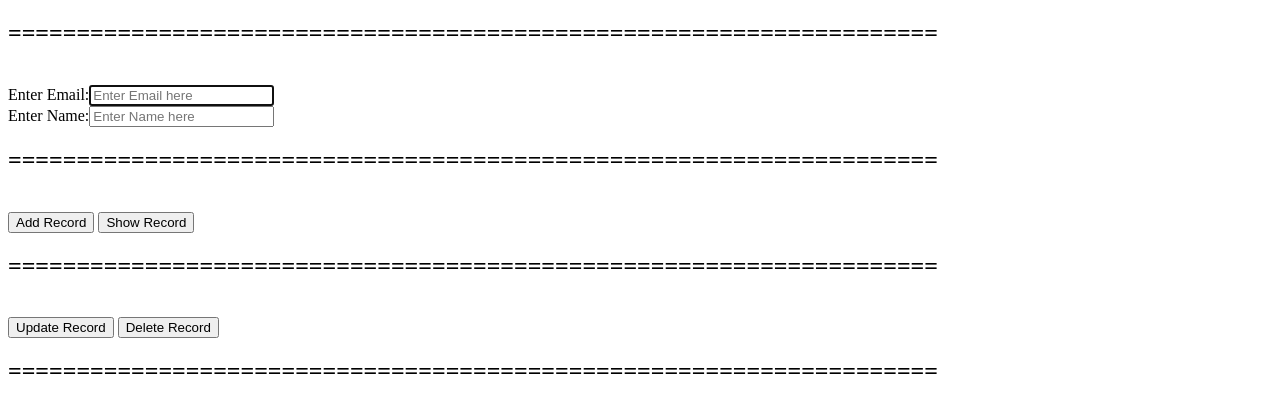
Repository: satvikagrasani/Spring-WorkSpace
Page: http://localhost/Project1/
The author's editor kept a copy of each file at every save. The page is drawn from the files as they stood at one save, then again after the next save.
The browser window is 1280 px wide. The pictures show the whole page.
The page is served by Tomcat 9. Other server files are loaded and not shown.

Above is the page before, as saved 2023-08-23 08:58:24.

### SpringMVC/Project/Project1/src/main/webapp/index.jsp
<%@ page language="java" contentType="text/html; charset=ISO-8859-1"
    pageEncoding="ISO-8859-1"%>
<!DOCTYPE html>
<html>
<head>
<meta charset="ISO-8859-1">
<title>Insert title here</title>
</head>
<body>

	<form>
	<h2>====================================================================</h2><br>
	Enter Email:<input type="email" name="email" placeholder="Enter Email here" autofocus/><br>
	Enter Name:<input type="text" name="name" placeholder="Enter Name here"/><br>
	<h2>====================================================================</h2><br>
	<input type="submit" value="Add Record" formaction="add"/>
	<input type="submit" value="Show Record" formaction="show"/><br>
	<h2>====================================================================</h2><br>
	<input type="submit" value="Update Record" formaction="update"/>
	<input type="submit" value="Delete Record" formaction="delete"/>
	<h2>====================================================================</h2><br>
	</form>

</body>
</html>

After the next save:
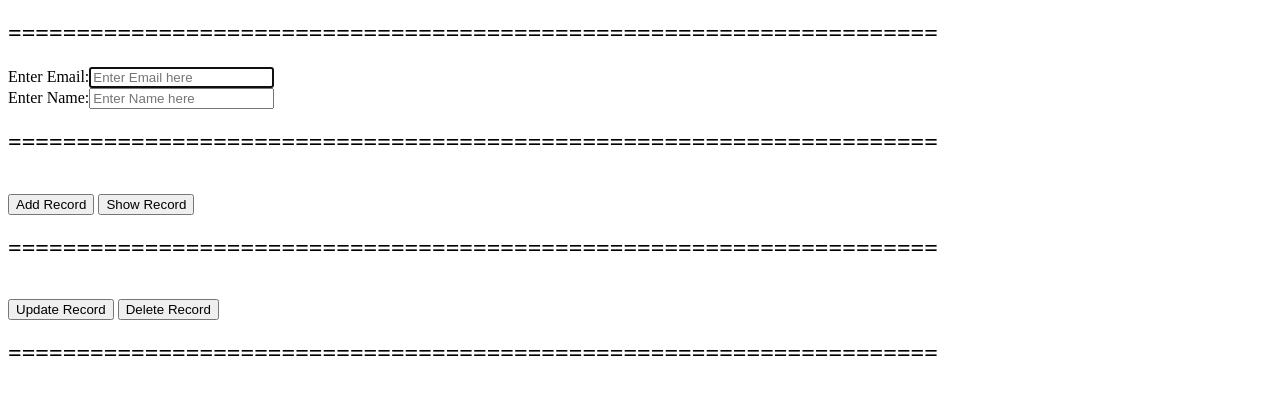
Saved 38 s later.
--- a/SpringMVC/Project/Project1/src/main/webapp/index.jsp
+++ b/SpringMVC/Project/Project1/src/main/webapp/index.jsp
@@ -9,9 +9,9 @@
 <body>
 
 	<form>
-	<h2>====================================================================</h2><br>
+	<h2>====================================================================</h2>
 	Enter Email:<input type="email" name="email" placeholder="Enter Email here" autofocus/><br>
-	Enter Name:<input type="text" name="name" placeholder="Enter Name here"/><br>
+	Enter Name:<input type="text" name="name" placeholder="Enter Name here"/>
 	<h2>====================================================================</h2><br>
 	<input type="submit" value="Add Record" formaction="add"/>
 	<input type="submit" value="Show Record" formaction="show"/><br>
